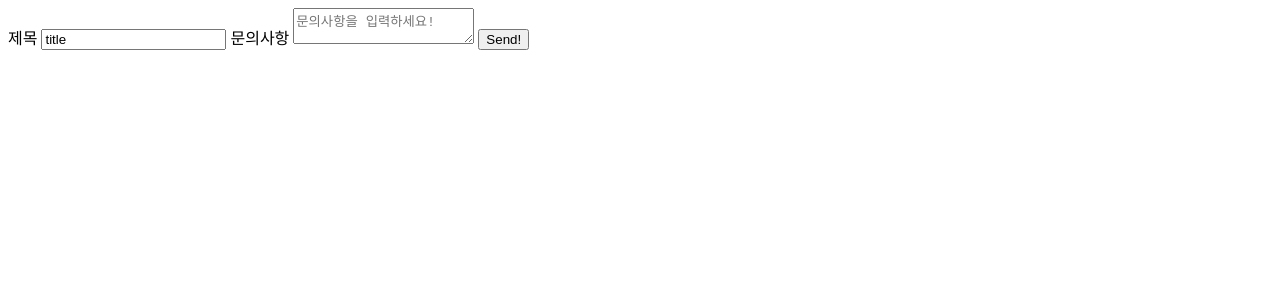
Repository: leeboseok/proposal-board
Page: http://localhost/ProposalSys/admincontact.jsp
These files come from the project's save history. The page is drawn as it stood at one moment and after the next save; the edit follows.
The browser window is 1280 px wide. The pictures show the whole page.
The page is served by Tomcat 9. Other server files are loaded and not shown.

Above is the page before, as saved 2024-07-27 05:33:32.

### ProposalSys/src/main/webapp/admincontact.jsp
<%@ page language="java" contentType="text/html; charset=UTF-8"
    pageEncoding="UTF-8"%>
<!DOCTYPE html>
<html>
	<head>
		<meta charset="UTF-8">
		<title>관리자 컨택</title>
	</head>
	<body>
		<form method="get" action="admincontactprogress">
			제목
			<input type="text" value="title" placeholder="제목">
			문의사항
			<textarea name="refer" placeholder="문의사항을 입력하세요!" ></textarea>
			<input type="submit" value="Send!">
		</form>
	</body>
</html>

After the next save:
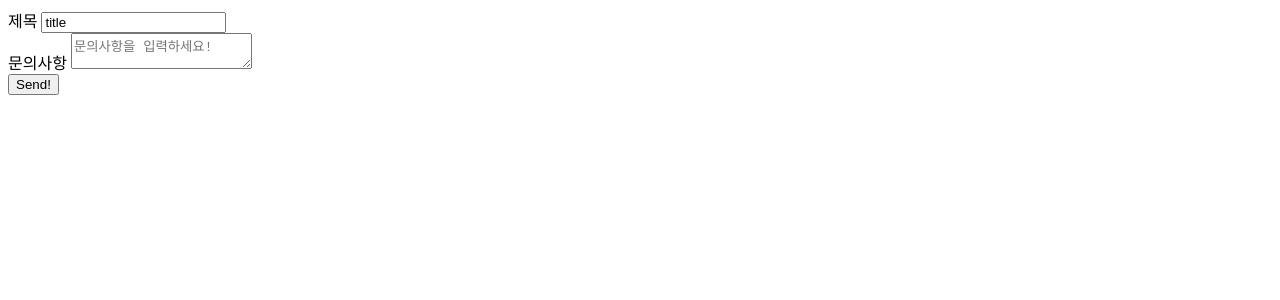
Saved 17 s later.
--- a/ProposalSys/src/main/webapp/admincontact.jsp
+++ b/ProposalSys/src/main/webapp/admincontact.jsp
@@ -9,9 +9,9 @@
 	<body>
 		<form method="get" action="admincontactprogress">
 			제목
-			<input type="text" value="title" placeholder="제목">
+			<input type="text" value="title" placeholder="제목"><br>
 			문의사항
-			<textarea name="refer" placeholder="문의사항을 입력하세요!" ></textarea>
+			<textarea name="refer" placeholder="문의사항을 입력하세요!" ></textarea><br>
 			<input type="submit" value="Send!">
 		</form>
 	</body>
